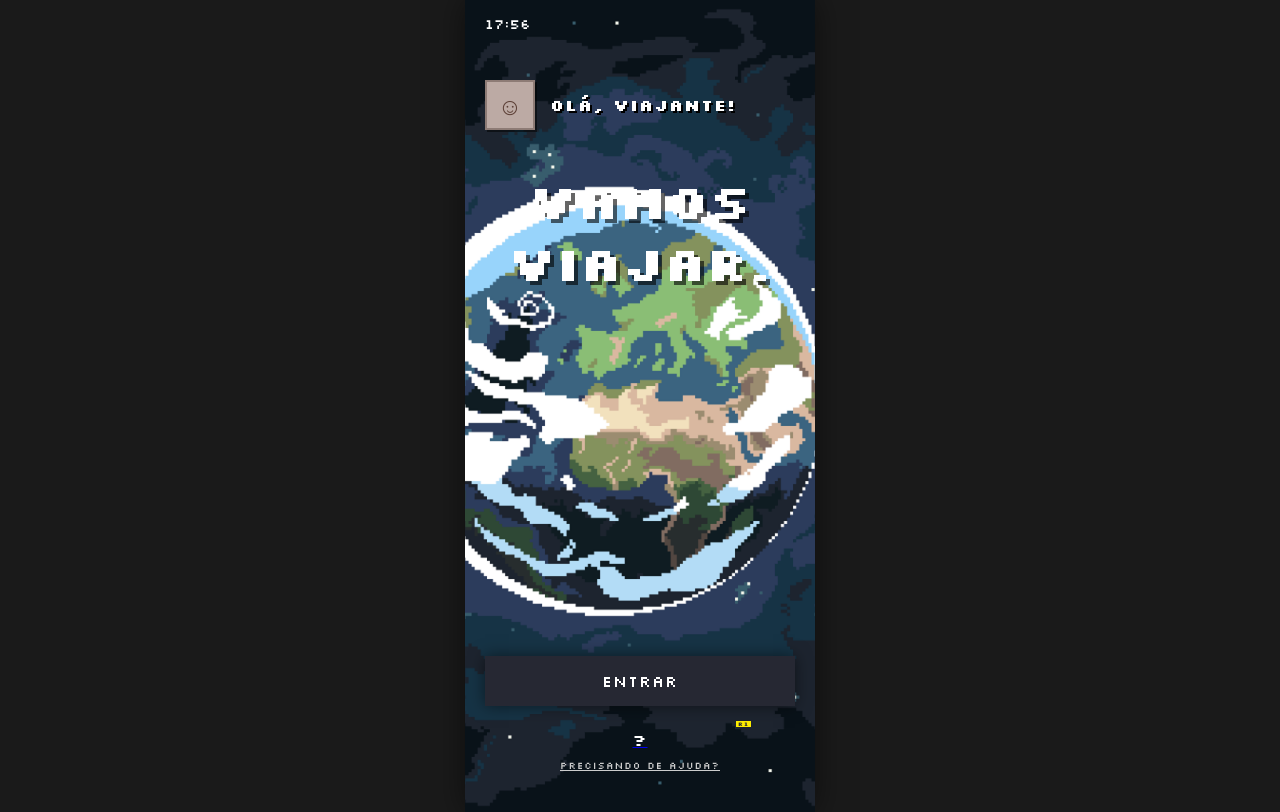
Repository: Davsool/Passport
Page: home.html
The author's editor kept a copy of each file at every save. The page is drawn from the files as they stood at one save, then again after the next save.
The browser window is 1280 px wide. The pictures show the whole page.

Above is the page before, as saved 2025-12-30 01:36:23.

After the next save:
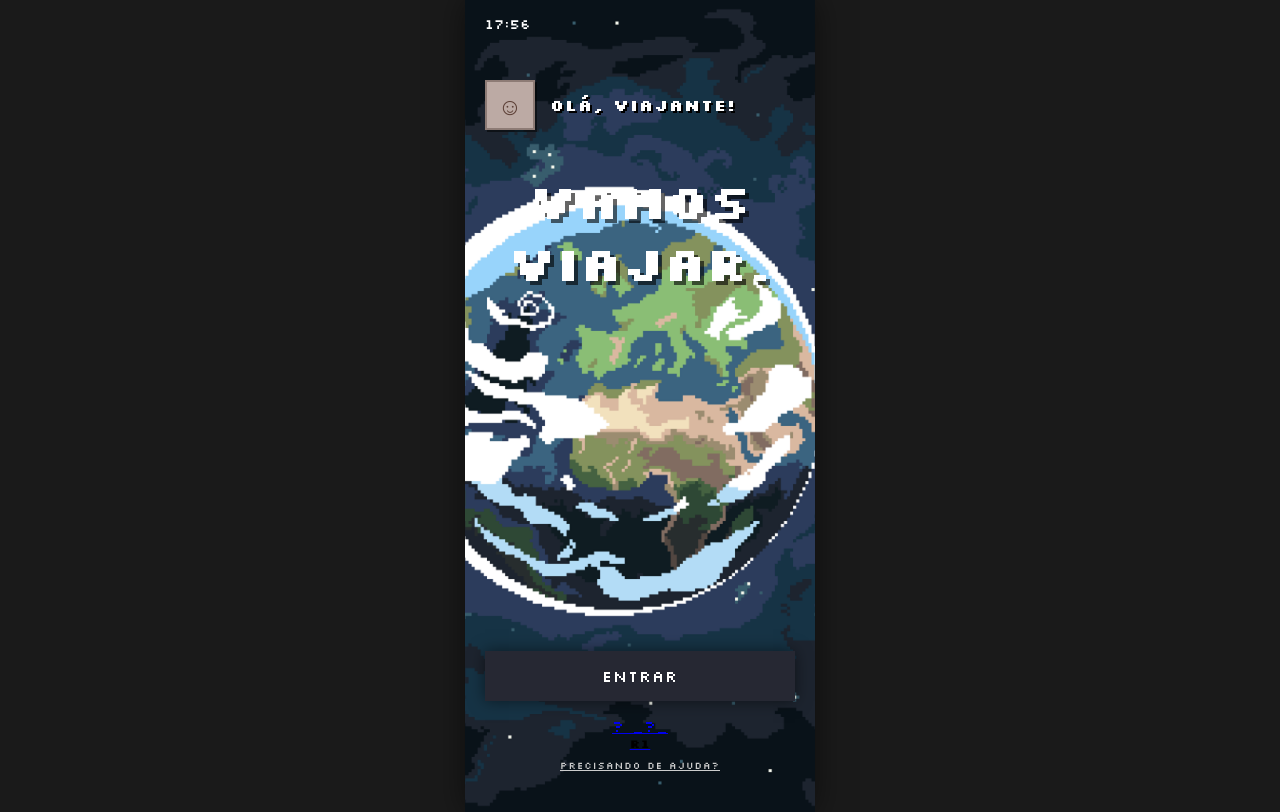
Saved 52 s later.
--- a/style.css
+++ b/style.css
@@ -683,125 +683,3 @@ input::placeholder { color: #bbb; }
 
 .menu-btn-option:last-child { border-bottom: none; }
 .menu-btn-option:hover { background-color: #404250; color: #ffff00; }
-
-
-/* O Botão Glitch (Estilos Visuais) */
-.btn {
-    --primary: #a0297c;
-    --shadow-primary: #fded00;
-    --color: white;
-    --font-size: 16px;
-    --shadow-primary-hue: 180;
-    --shadow-secondary-hue: 60;
-    --shadow-secondary: hsl(var(--shadow-secondary-hue), 90%, 60%);
-    --clip: polygon(11% 0, 95% 0, 100% 25%, 90% 90%, 95% 90%, 85% 90%, 85% 100%, 7% 100%, 0 80%);
-    --border: 2px;
-    --shimmy-distance: 5;
-    --clip-one: polygon(0 2%, 100% 2%, 100% 95%, 95% 95%, 95% 90%, 85% 90%, 85% 95%, 8% 95%, 0 70%);
-    --clip-two: polygon(0 78%, 100% 78%, 100% 100%, 95% 100%, 95% 90%, 85% 90%, 85% 100%, 8% 100%, 0 78%);
-    --clip-three: polygon(0 44%, 100% 44%, 100% 54%, 95% 54%, 95% 54%, 85% 54%, 85% 54%, 8% 54%, 0 54%);
-    --clip-four: polygon(0 0, 100% 0, 100% 0, 95% 0, 95% 0, 85% 0, 85% 0, 8% 0, 0 0);
-    --clip-five: polygon(0 0, 100% 0, 100% 0, 95% 0, 95% 0, 85% 0, 85% 0, 8% 0, 0 0);
-    --clip-six: polygon(0 40%, 100% 40%, 100% 85%, 95% 85%, 95% 85%, 85% 85%, 85% 85%, 8% 85%, 0 70%);
-    --clip-seven: polygon(0 63%, 100% 63%, 100% 80%, 95% 80%, 95% 80%, 85% 80%, 85% 80%, 8% 80%, 0 70%);
-
-    color: var(--color);
-    text-transform: uppercase;
-    font-size: var(--font-size);
-    letter-spacing: 1px;
-    position: relative;
-    font-weight: 900;
-    width: 100%;
-    height: 100%;
-    line-height: 38px;
-    text-align: center;
-    transition: background 0.2s, 0.3s;
-    cursor: pointer;
-    font-family: 'Silkscreen', cursive;
-}
-
-.btn:hover {
-    --primary: #a52f82;
-}
-
-.btn:after, .btn:before {
-    content: '';
-    position: absolute;
-    top: 0;
-    left: 0;
-    right: 0;
-    bottom: 0;
-    clip-path: var(--clip);
-    z-index: -1;
-}
-
-.btn:before {
-    background: var(--shadow-primary);
-    transform: translate(var(--border), 0);
-}
-
-.btn:after {
-    background: var(--primary);
-}
-
-.btn__glitch {
-    position: absolute;
-    top: calc(var(--border) * -1);
-    left: calc(var(--border) * -1);
-    right: calc(var(--border) * -1);
-    bottom: calc(var(--border) * -1);
-    background: var(--shadow-primary);
-    text-shadow: 2px 2px var(--shadow-primary), -2px -2px var(--shadow-secondary);
-    clip-path: var(--clip);
-    animation: glitch 2s infinite;
-    display: none;
-    line-height: 38px;
-}
-
-.radio-wrapper:hover .btn .btn__glitch {
-    display: block;
-}
-
-.btn__glitch:before {
-    content: '';
-    position: absolute;
-    top: calc(var(--border) * 1);
-    right: calc(var(--border) * 1);
-    bottom: calc(var(--border) * 1);
-    left: calc(var(--border) * 1);
-    clip-path: var(--clip);
-    background: var(--primary);
-    z-index: -1;
-}
-
-@keyframes glitch {
-    0% { clip-path: var(--clip-one); }
-    2%, 8% { clip-path: var(--clip-two); transform: translate(calc(var(--shimmy-distance) * -1%), 0); }
-    6% { clip-path: var(--clip-two); transform: translate(calc(var(--shimmy-distance) * 1%), 0); }
-    9% { clip-path: var(--clip-two); transform: translate(0, 0); }
-    10% { clip-path: var(--clip-three); transform: translate(calc(var(--shimmy-distance) * 1%), 0); }
-    13% { clip-path: var(--clip-three); transform: translate(0, 0); }
-    14%, 21% { clip-path: var(--clip-four); transform: translate(calc(var(--shimmy-distance) * 1%), 0); }
-    25% { clip-path: var(--clip-five); transform: translate(calc(var(--shimmy-distance) * 1%), 0); }
-    30% { clip-path: var(--clip-five); transform: translate(calc(var(--shimmy-distance) * -1%), 0); }
-    35%, 45% { clip-path: var(--clip-six); transform: translate(calc(var(--shimmy-distance) * -1%)); }
-    40% { clip-path: var(--clip-six); transform: translate(calc(var(--shimmy-distance) * 1%)); }
-    50% { clip-path: var(--clip-six); transform: translate(0, 0); }
-    55% { clip-path: var(--clip-seven); transform: translate(calc(var(--shimmy-distance) * 1%), 0); }
-    60% { clip-path: var(--clip-seven); transform: translate(0, 0); }
-    31%, 61%, 100% { clip-path: var(--clip-four); }
-}
-
-.number {
-    background: var(--shadow-primary);
-    color: #323232;
-    font-size: 5.5px;
-    font-weight: 700;
-    letter-spacing: 1px;
-    position: absolute;
-    width: 15px;
-    height: 6px;
-    top: 0;
-    left: 81%;
-    line-height: 6.2px;
-}
